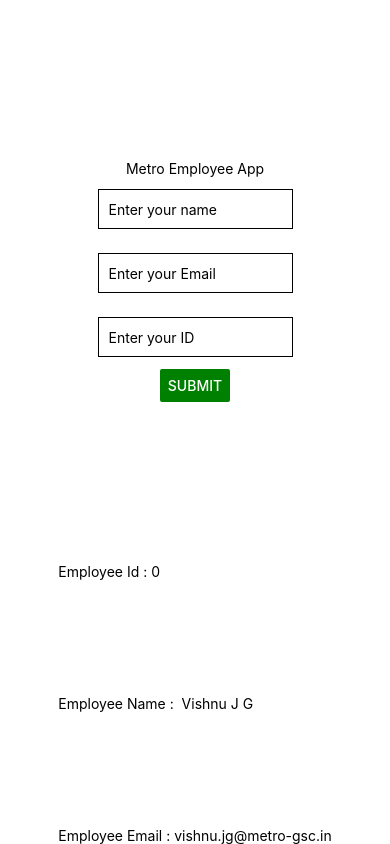
Repository: VishnuJG/Metro-Employee-App
Screen: /
The author's editor kept a copy of each file at every save. The screen is drawn from the files as they stood at one save, then again after the next save.
The app was drawn by React Native's web renderer in a window 390 px wide. The project was rebuilt for these pictures with package versions that can differ from the ones it lists, and the page was loaded fresh each time.

Above is the screen before, as saved 2022-06-28 14:28:05.

### App.js
import { StatusBar } from 'expo-status-bar';
import React, { useState } from "react";
import { StyleSheet, Text, View, TextInput, Button, Alert} from 'react-native';
import { useDimensions } from '@react-native-community/hooks';
import Task from './components/Task';


export default function App() {

  // const {landscape}=useDimensions();
  const [emp, onEmpUpdate] = useState([{ id: 0, name: " Vishnu J G", email:"vishnu.jg@metro-gsc.in" }]);
  const [name, onChangeName] = useState("");
  const [email, onChangeEmail] = useState("");
  const [id, onChangeid] = useState(null);
  const onSubmit=(e)=>{
    e.preventDefault();
    if(!name){
      Alert.alert('Invalid Name', 'Invalid Name field',[{text: 'Okay', onPress:()=>{console.log("Okay Pressed")}},{text: 'No', onPress:()=>{console.log("No Pressed")}}])
    }
    if(!email){
      Alert.alert('Invalid Email', 'Invalid Email field',[{text: 'Okay', onPress:()=>{console.log("Okay Pressed")}},{text: 'No', onPress:()=>{console.log("No Pressed")}}])
    }
    if(!/\S+@\S+\.\S+/.test(email)){
      Alert.alert('Invalid Email', 'Invalid Email field',[{text: 'Okay', onPress:()=>{console.log("Okay Pressed")}},{text: 'No', onPress:()=>{console.log("No Pressed")}}])
    }
    if(!id){
      Alert.alert('Invalid Id', 'Invalid ID field',[{text: 'Okay', onPress:()=>{console.log("Okay Pressed")}},{text: 'No', onPress:()=>{console.log("No Pressed")}}])
    }
    console.log(name);
    console.log(email);
    console.log(id);
    const newEmp={id, name, email};
    onChangeName('');
    onChangeEmail('');
    onChangeid(null);
    onEmpUpdate([...emp, newEmp]);
  }
  return (
    <View style={styles.container} >
        <View style={styles.container}>
        <Text>Metro Employee App</Text>

        <TextInput
          style={styles.input}
          onChangeText={onChangeName}
          placeholder="Enter your name"
          value={name}
        />
        <TextInput
          style={styles.input}
          onChangeText={onChangeEmail}
          value={email}
          placeholder="Enter your Email"
          // keyboardType="numeric"
        />

        <TextInput
          style={styles.input}
          onChangeText={onChangeid}
          value={id}
          placeholder="Enter your ID"
          keyboardType="numeric"
        />
        <Button title="Submit"
          color="green"
          onPress={onSubmit}
          /></View>
        <View style={{flex:0.5, flexDirection: 'row'}}>
        {emp.map((newid)=>(<Task key={newid.id} ename={newid.name} eid={newid.id} eemail={newid.email}/>))}
        </View>
    </View>
  );
}

const styles = StyleSheet.create({
  container: {
    flex: 1,
    flexDirection: 'column',
    backgroundColor: '#fff',
    alignItems: 'center',
    justifyContent: 'center',
    fontSize: 20,
    // paddingTop:20,
    width:'100%',
  },
  input: {
    height: 40,
    margin: 12,
    borderWidth: 1,
    width:'50%',
    padding: 10,
  },

});

### components/Task.js
import { StatusBar } from 'expo-status-bar';
import React, { useState } from "react";
import { StyleSheet, Text, View, TextInput, Button, Alert} from 'react-native';
import { useDimensions } from '@react-native-community/hooks';


export default function Task(props) {
  console.log("Hello");
  return (
    <View style={styles.employee}>
      <Text>Employee Id : {props.eid}</Text>
      <Text>Employee Name : {props.ename}</Text>
      <Text>Employee Email : {props.eemail}</Text>

    </View>


  );
}

const styles = StyleSheet.create({
  employee:{
    width:'100%',
    flex:1,
    flexDirection:'column',
    justifyContent: 'space-between',
  }
});

After the next save:
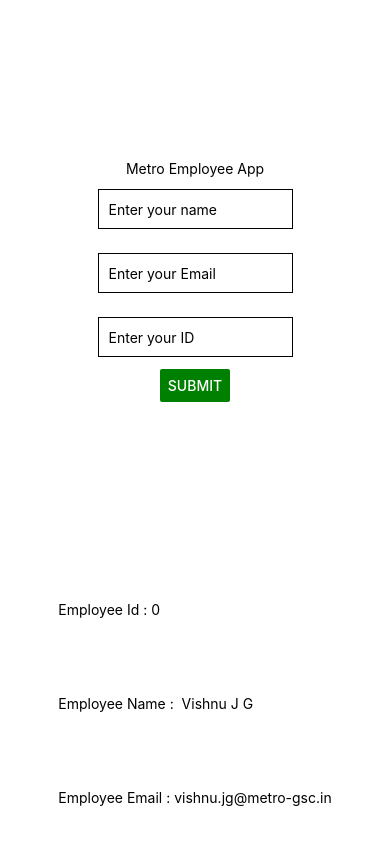
Saved 7 s later.
--- a/components/Task.js
+++ b/components/Task.js
@@ -23,6 +23,6 @@ const styles = StyleSheet.create({
     width:'100%',
     flex:1,
     flexDirection:'column',
-    justifyContent: 'space-between',
+    justifyContent: 'space-around',
   }
 });
